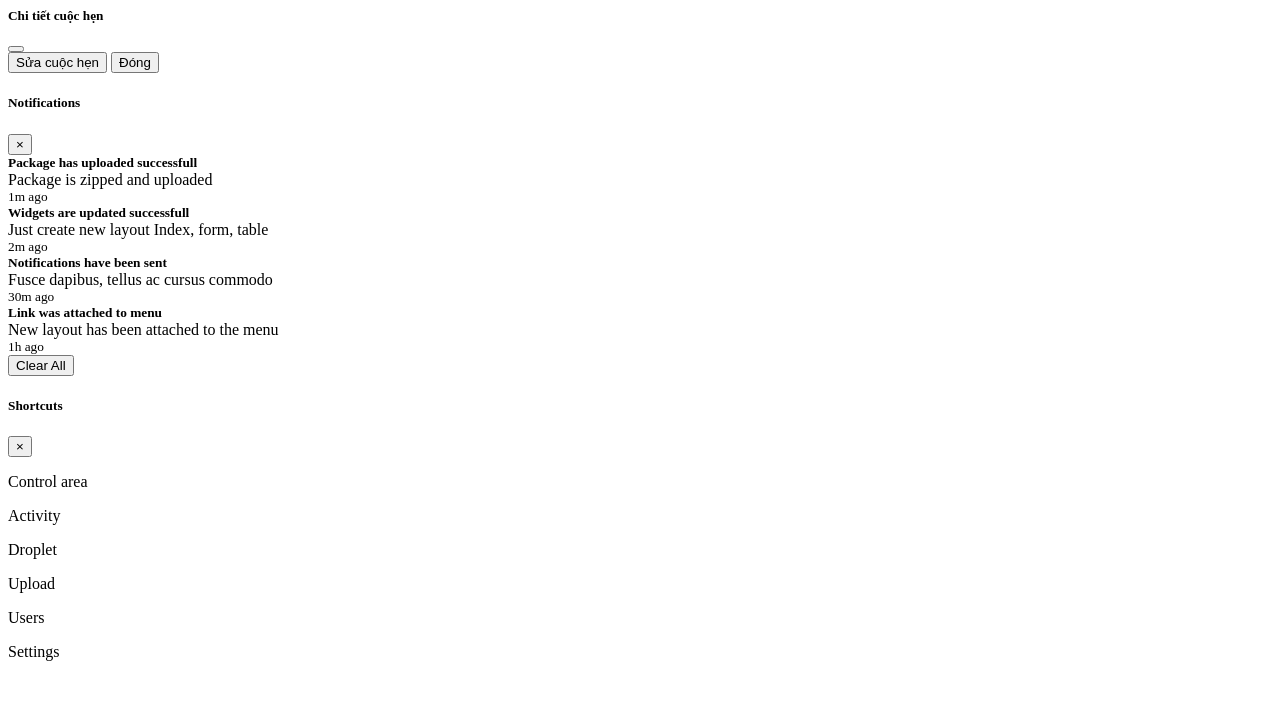
Repository: TrungAug/dentist-fe
Page: src/templates/admin-calendar.html
These files come from the project's save history. The page is drawn as it stood at one moment and after the next save; the edit follows.
The browser window is 1280 px wide. The pictures show the whole page.

Above is the page before, as saved 2024-07-08 10:30:10.

### src/templates/admin-calendar.html
<div class="vertical  dark ">
  <div class="wrapper">
    <nav class="topnav navbar navbar-light" ng-include="'component/admin-nav.html'">
    </nav>
    <aside class="sidebar-left border-right shadow" id="leftSidebar" ng-include="'component/admin-aside.html'"
      data-simplebar>
    </aside>
    <main role="main" class="main-content" ng-controller="AdminCalendar">
      <div class="row justify-content-center">

      </div>
      <div class="row justify-content-center">
        <div id='calendar-book-appointment' class="custom-calendar-book-appointment"></div>
      </div>
      <div class="row justify-content-center">

      </div>


      <!-- <div class="row justify-content-center">
        <div class="col-12">
          <div class="card shadow">
            <div class="card-body">
              <button class="btn btn-primary mb-3" type="button" data-bs-toggle="collapse"
                data-bs-target="#collapseBookAppoinment" aria-expanded="false" aria-controls="collapseBookAppoinment">
                Tạo lịch hẹn
              </button>
              <div class="collapse p-4 mb-5" id="collapseBookAppoinment"
                style="box-shadow: 0px 0px 10px rgba(0, 0, 0, 0.5); border-radius: 10px;">
                <div class="row">
                  <div class="col-lg-6">
                    <div class="form-group mb-3">
                      <label for="date-input1">Ngày khám</label>
                      <div class="input-group">
                        <div class="input-group-prepend">
                          <div class="input-group-text" id="button-addon-date"><span
                              class="fe fe-calendar fe-16"></span>
                          </div>
                        </div>
                        <input type="text" class="form-control drgpicker" id="appointmentDateRequest"
                          ng-model="formAppointmentRequest.appointmentDate" autocomplete="off">
                      </div>
                    </div>

                    <div ng-if="doctorDB.length==0">
                      <label class="text-danger"> Không có bác sĩ làm việc </label>
                    </div>

                    <div ng-repeat="d in doctorDB" class="accordion accordion-flush mb-3"
                      id="accordionFlush-DoctorSchedule-{{d.doctorId}}">
                      <div class="accordion-item">
                        <h2 class="accordion-header" id="flush-headingOne-DoctorSchedule-{{d.doctorId}}">
                          <button class="accordion-button collapsed" type="button" data-bs-toggle="collapse"
                            data-bs-target="#flush-collapseOne-DoctorSchedule-{{d.doctorId}}" aria-expanded="false"
                            aria-controls="flush-collapseOne-DoctorSchedule-{{d.doctorId}}">
                            Bác sĩ {{d.fullName}}
                          </button>
                        </h2>
                        <div id="flush-collapseOne-DoctorSchedule-{{d.doctorId}}" class="accordion-collapse collapse"
                          aria-labelledby="flush-headingOne-DoctorSchedule-{{d.doctorId}}"
                          data-bs-parent="#accordionFlush-DoctorSchedule-{{d.doctorId}}">
                          <div class="accordion-body">
                            <div class="d-flex flex-column align-items-start">
                              <ul class="nav nav-pills mb-3" id="pills-tab-{{d.doctorId}}" role="tablist">
                                <li class="nav-item" ng-repeat="s in shiftDB(d.doctorId)" role="presentation">
                                  <button class="nav-link" id="pills-{{s.shiftId}}-{{d.doctorId}}-tab"
                                    data-bs-toggle="pill" data-bs-target="#pills-{{s.shiftId}}-{{d.doctorId}}"
                                    type="button" role="tab" aria-controls="pills-{{s.shiftId}}-{{d.doctorId}}"
                                    aria-selected="false" ng-class="{active: isSelected(s.shiftId,d.doctorId)}"
                                    ng-click="selectTab(s.shiftId,d.doctorId,$event)">{{s.name}}</button>
                                </li>
                              </ul>
                              <div class="tab-content" id="pills-tabContent-{{d.doctorId}}">
                                <div class="tab-pane fade" ng-repeat="s in shiftDB(d.doctorId)"
                                  id="pills-{{s.shiftId}}-{{d.doctorId}}" role="tabpanel"
                                  aria-labelledby="pills-{{s.shiftId}}-{{d.doctorId}}-tab"
                                  ng-class="{ 'active show': isSelected(s.shiftId,d.doctorId) }">
                                  <div ng-show="listTOS.length != 0" ng-repeat="tos in listTOS"
                                    class="custom-radio radio-checked me-3">
                                    <label>
                                      <input type="radio" name="timeOfShift"
                                        id="repeatRadioTOS-{{tos[1].timeOfShiftId}}"
                                        ng-click="onChangeTimeOfShiftId(tos[1].timeOfShiftId)"
                                        ng-value="tos[1].timeOfShiftId">
                                      <span>{{ tos[1].beginTime | firstFiveChars }} - {{ tos[1].endTime |
                                        firstFiveChars
                                        }}</span>
                                    </label>
                                  </div>
                                  <div ng-show="listTOS.length === 0">
                                    <label class="text-danger">Không có ca làm việc để hiển thị</label>
                                  </div>
                                </div>
                              </div>
                            </div>
                          </div>
                        </div>
                      </div>
                    </div>

                    <div class="continue-book-appoinment float-right" ng-show="isContinueShow">
                      <a href="#" class="text-primary" ng-click="showFormRegister($event)">>>Tiếp tục</a>
                    </div>
                  </div>
                  <div class="col-lg-6" ng-show="!isShowFormRegister">
                    <div class="mb-3" style="box-shadow: 0px 0px 10px rgba(0, 0, 0, 0.5); border-radius: 10px;">
                      <img src="/assets/images/bg/admin-calendar-bg.jpg" class="w-100" alt="">
                    </div>
                  </div>
                  <div class="col-lg-6" ng-show="isShowFormRegister">
                    <div class="p-3 mb-3" style="box-shadow: 0px 0px 10px rgba(0, 0, 0, 0.5); border-radius: 10px;">
                      <div class="form-group mb-3">
                        <label for="formDoctorUnavailabilityRequestDescription" class="col-form-label">Tiêu đề cuộc
                          hẹn</label>
                        <input type="text" class="form-control" id="formDoctorUnavailabilityRequestDescription"
                          ng-model="formDoctorUnavailabilityRequest.description">
                      </div>

                      <div class="form-group mb-3">
                        <label for="formAppointmentPatientRecordRequestPatientId">Chọn bệnh nhân</label>
                        <select id="formAppointmentPatientRecordRequestPatientId" class="form-control select2"
                          ng-model="formAppointmentPatientRecordRequest.patientId"
                          ng-options="p.patientId as (p.fullName + ' - ' + p.phoneNumber) for p in listPatientDB">
                        </select>
                      </div>

                      <div class="form-group mb-3">
                        <label for="formAppointmentRequestAppointmentType">Chọn loại cuộc hẹn</label>
                        <select id="formAppointmentRequestAppointmentType" class="form-control select2"
                          ng-model="formAppointmentRequest.appointmentType"
                          ng-options="t.appointment_TypeId as t.typeName for t in listAppointmentTypeDB">
                        </select>
                      </div>

                      <div class="form-group mb-3">
                        <label for="formAppointmentStatus">Trạng thái</label>
                        <select id="formAppointmentStatus" class="form-control select2"
                          ng-model="formAppointmentRequest.appointmentStatus"
                          ng-options="t.appointment_StatusId as t.status for t in listAppointmentStatusBD" disabled>
                        </select>
                      </div>

                      <div class="form-floating mb-3">
                        <textarea ng-model="formAppointmentRequest.note" class="form-control"
                          placeholder="Nhập triệu chứng" id="formAppointmentRequestNote"
                          style="height: 100px"></textarea>
                        <label for="formAppointmentRequestNote">Ghi chú</label>
                      </div>
                    </div>
                  </div>
                </div>
                <button type="button" class="btn mb-2 btn-success btn-create-appoinment" ng-click="saveAppointment()"
                  ng-show="isShowFormRegister">Lưu
                  lại</button>
              </div>

              <div id='calendar-book-appointment' class="custom-calendar-book-appointment"></div>
            </div>
          </div>
        </div>
      </div> -->

      <!-- Event details -->
      <button type="button" class="btn btn-primary" data-bs-toggle="modal" data-bs-target="#eventDetails"
        id="btnEventDetails" hidden>
        Xem chi tiết cuộc hẹn
      </button>
      <div class="modal fade" id="eventDetails" tabindex="-1" aria-labelledby="eventDetailsLabel" aria-hidden="true">
        <div class="modal-dialog">
          <div class="modal-content">
            <div class="modal-header">
              <h5 class="modal-title" id="eventDetailsLabel">Chi tiết cuộc hẹn</h5>
              <button type="button" class="btn-close" data-bs-dismiss="modal" aria-label="Close"></button>
            </div>
            <div class="modal-body" id="eventDetailsBody">
              <!-- Thông tin sự kiện -->
            </div>
            <div class="modal-footer">
              <button type="button" class="btn btn-info" data-bs-dismiss="modal">Sửa cuộc hẹn</button>
              <button type="button" class="btn btn-primary" data-bs-dismiss="modal">Đóng</button>
            </div>
          </div>
        </div>
      </div>
      <!-- End Event details -->

      <div class="modal fade modal-notif modal-slide" tabindex="-1" role="dialog" aria-labelledby="defaultModalLabel"
        aria-hidden="true">
        <div class="modal-dialog modal-sm" role="document">
          <div class="modal-content">
            <div class="modal-header">
              <h5 class="modal-title" id="defaultModalLabel">Notifications</h5>
              <button type="button" class="close" data-dismiss="modal" aria-label="Close">
                <span aria-hidden="true">&times;</span>
              </button>
            </div>
            <div class="modal-body">
              <div class="list-group list-group-flush my-n3">
                <div class="list-group-item bg-transparent">
                  <div class="row align-items-center">
                    <div class="col-auto">
                      <span class="fe fe-box fe-24"></span>
                    </div>
                    <div class="col">
                      <small><strong>Package has uploaded successfull</strong></small>
                      <div class="my-0 text-muted small">Package is zipped and uploaded</div>
                      <small class="badge badge-pill badge-light text-muted">1m ago</small>
                    </div>
                  </div>
                </div>
                <div class="list-group-item bg-transparent">
                  <div class="row align-items-center">
                    <div class="col-auto">
                      <span class="fe fe-download fe-24"></span>
                    </div>
                    <div class="col">
                      <small><strong>Widgets are updated successfull</strong></small>
                      <div class="my-0 text-muted small">Just create new layout Index, form, table</div>
                      <small class="badge badge-pill badge-light text-muted">2m ago</small>
                    </div>
                  </div>
                </div>
                <div class="list-group-item bg-transparent">
                  <div class="row align-items-center">
                    <div class="col-auto">
                      <span class="fe fe-inbox fe-24"></span>
                    </div>
                    <div class="col">
                      <small><strong>Notifications have been sent</strong></small>
                      <div class="my-0 text-muted small">Fusce dapibus, tellus ac cursus commodo</div>
                      <small class="badge badge-pill badge-light text-muted">30m ago</small>
                    </div>
                  </div> <!-- / .row -->
                </div>
                <div class="list-group-item bg-transparent">
                  <div class="row align-items-center">
                    <div class="col-auto">
                      <span class="fe fe-link fe-24"></span>
                    </div>
                    <div class="col">
                      <small><strong>Link was attached to menu</strong></small>
                      <div class="my-0 text-muted small">New layout has been attached to the menu</div>
                      <small class="badge badge-pill badge-light text-muted">1h ago</small>
                    </div>
                  </div>
                </div> <!-- / .row -->
              </div> <!-- / .list-group -->
            </div>
            <div class="modal-footer">
              <button type="button" class="btn btn-secondary btn-block" data-dismiss="modal">Clear All</button>
            </div>
          </div>
        </div>
      </div>
      <div class="modal fade modal-shortcut modal-slide" tabindex="-1" role="dialog" aria-labelledby="defaultModalLabel"
        aria-hidden="true">
        <div class="modal-dialog" role="document">
          <div class="modal-content">
            <div class="modal-header">
              <h5 class="modal-title" id="defaultModalLabel">Shortcuts</h5>
              <button type="button" class="close" data-dismiss="modal" aria-label="Close">
                <span aria-hidden="true">&times;</span>
              </button>
            </div>
            <div class="modal-body px-5">
              <div class="row align-items-center">
                <div class="col-6 text-center">
                  <div class="squircle bg-success justify-content-center">
                    <i class="fe fe-cpu fe-32 align-self-center text-white"></i>
                  </div>
                  <p>Control area</p>
                </div>
                <div class="col-6 text-center">
                  <div class="squircle bg-primary justify-content-center">
                    <i class="fe fe-activity fe-32 align-self-center text-white"></i>
                  </div>
                  <p>Activity</p>
                </div>
              </div>
              <div class="row align-items-center">
                <div class="col-6 text-center">
                  <div class="squircle bg-primary justify-content-center">
                    <i class="fe fe-droplet fe-32 align-self-center text-white"></i>
                  </div>
                  <p>Droplet</p>
                </div>
                <div class="col-6 text-center">
                  <div class="squircle bg-primary justify-content-center">
                    <i class="fe fe-upload-cloud fe-32 align-self-center text-white"></i>
                  </div>
                  <p>Upload</p>
                </div>
              </div>
              <div class="row align-items-center">
                <div class="col-6 text-center">
                  <div class="squircle bg-primary justify-content-center">
                    <i class="fe fe-users fe-32 align-self-center text-white"></i>
                  </div>
                  <p>Users</p>
                </div>
                <div class="col-6 text-center">
                  <div class="squircle bg-primary justify-content-center">
                    <i class="fe fe-settings fe-32 align-self-center text-white"></i>
                  </div>
                  <p>Settings</p>
                </div>
              </div>
            </div>
          </div>
        </div>
      </div>
    </main> <!-- main -->
  </div>
</div>

After the next save:
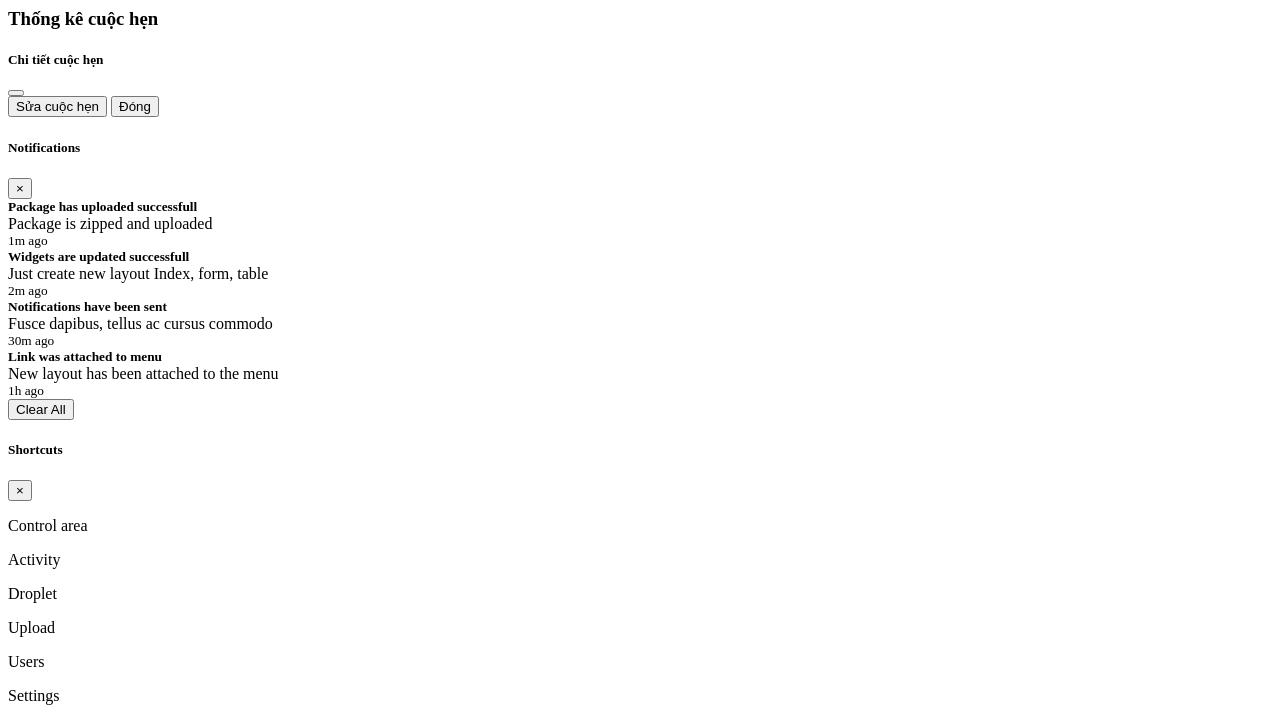
Saved 55 s later.
--- a/src/templates/admin-calendar.html
+++ b/src/templates/admin-calendar.html
@@ -13,7 +13,10 @@
         <div id='calendar-book-appointment' class="custom-calendar-book-appointment"></div>
       </div>
       <div class="row justify-content-center">
-
+        <div class="d-flex flex-items-center flex-justify-between">
+          <h3 class="text-muted" id="history-pagehead">Thống kê cuộc hẹn</h3>
+        </div>
+        <div class="custom-hr"></div>
       </div>
 
 
